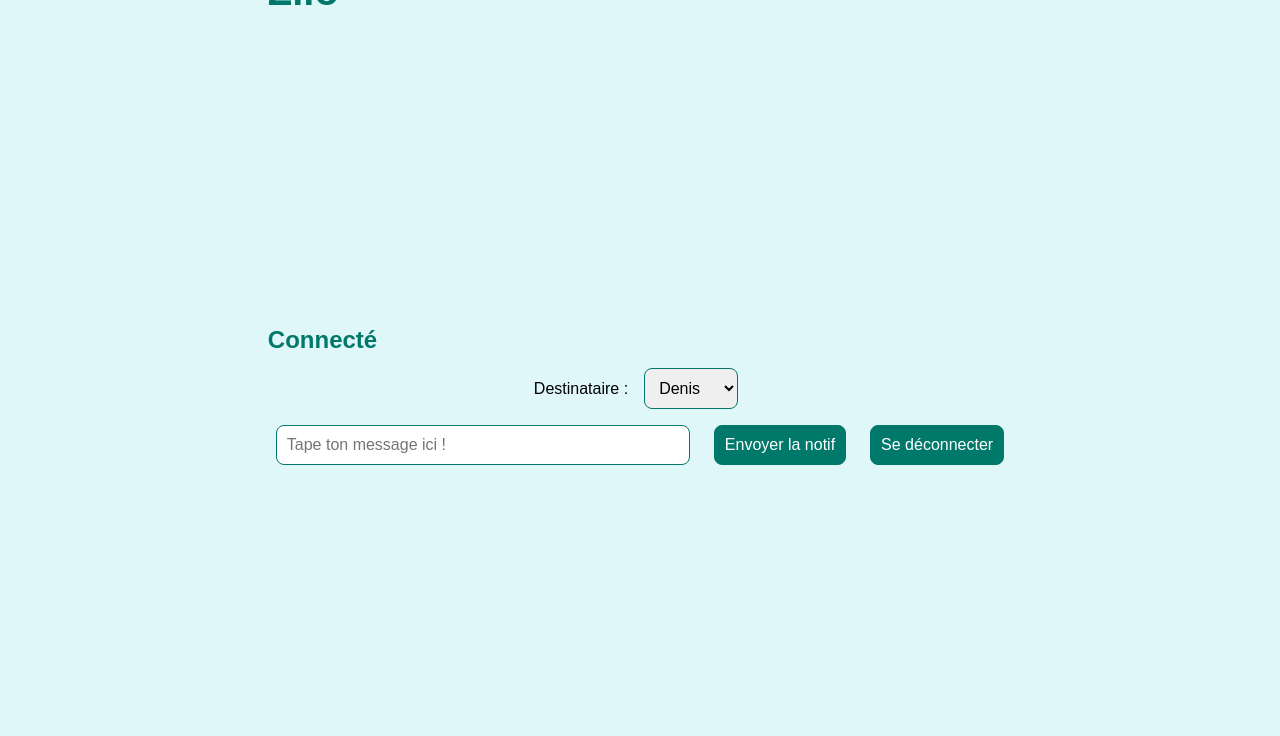
Repository: nlagardere/LumoNet
Page: public/index.html
These files come from the project's save history. The page is drawn as it stood at one moment and after the next save; the edit follows.
The browser window is 1280 px wide. The pictures show the whole page.

Above is the page before, as saved 2025-08-18 19:59:33.

After the next save:
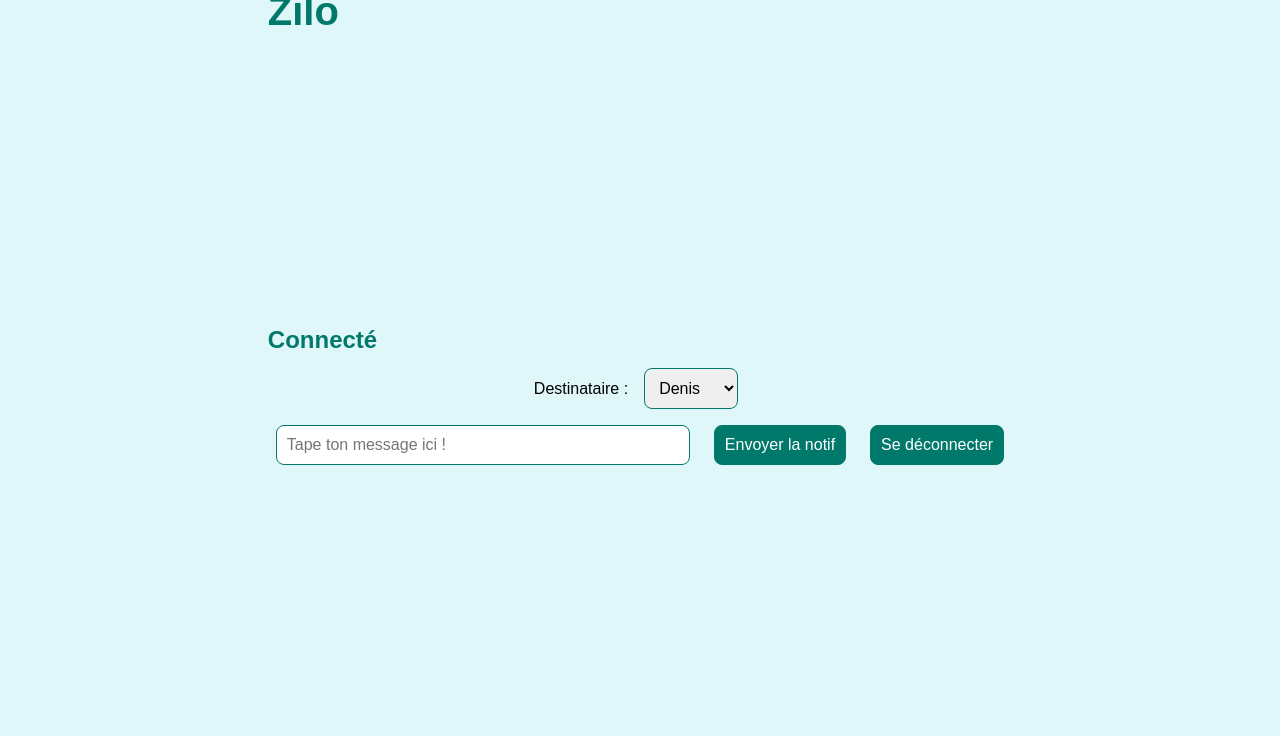
Saved 5 s later.
--- a/public/index.html
+++ b/public/index.html
@@ -48,7 +48,7 @@
       font-size:2.5em;
       margin-bottom:12px;
       position: relative;
-      top: -300px;
+      top: -280px;
      }
 
 
